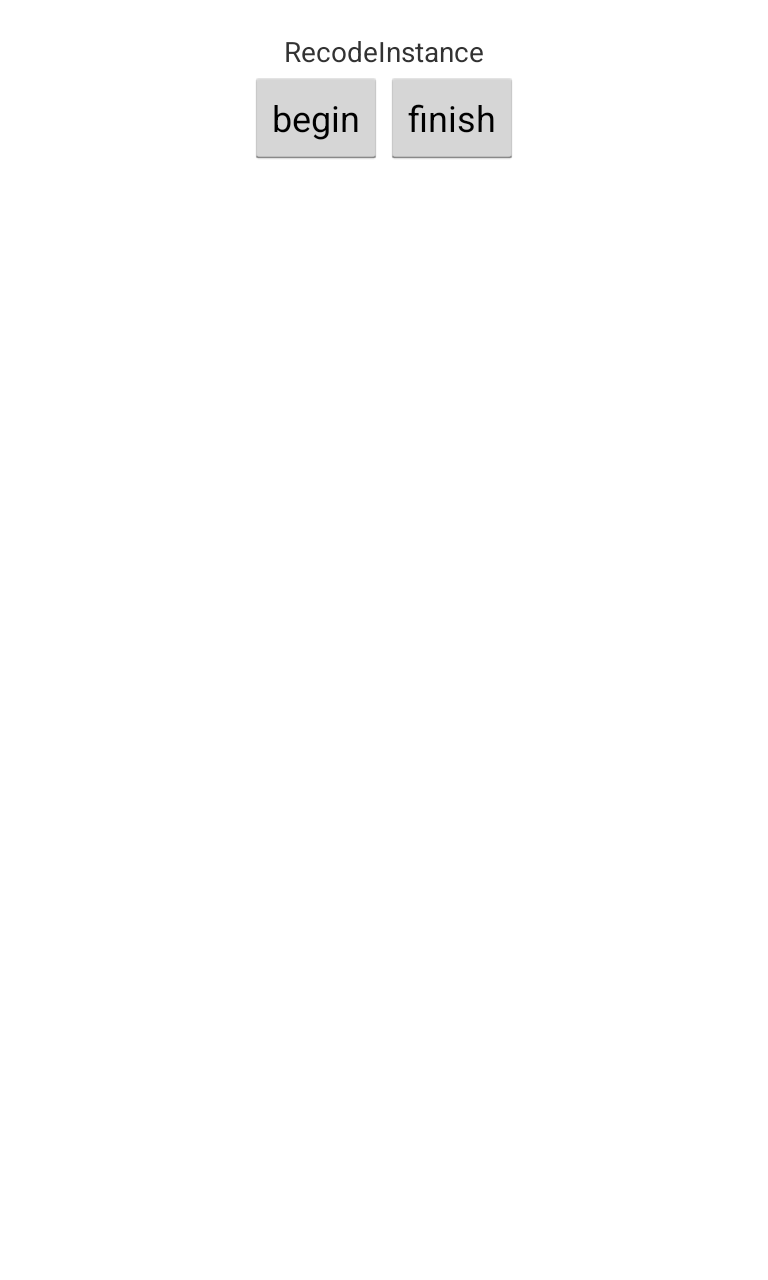
Repository: ShigerD/AndroidSample
Layout: Sample/Sample13/Sample13_5/Recode/res/layout/activity_main.xml
An editor plug-in stored every save of this project. The layout is shown before and after the next save, followed by the edit.
It is drawn on a 768 x 1280 px phone screen (xhdpi) without system bars, with theme AppTheme; the app's code is not run.

Above is the layout before, as saved 2016-08-18 07:55:09.

### Sample/Sample13/Sample13_5/Recode/res/layout/activity_main.xml
<RelativeLayout xmlns:android="http://schemas.android.com/apk/res/android"
    xmlns:tools="http://schemas.android.com/tools"
    android:layout_width="match_parent"
    android:layout_height="match_parent"
    android:paddingBottom="@dimen/activity_vertical_margin"
    android:paddingLeft="@dimen/activity_horizontal_margin"
    android:paddingRight="@dimen/activity_horizontal_margin"
    android:paddingTop="@dimen/activity_vertical_margin"
    tools:context="com.example.recode.MainActivity" >

    <LinearLayout
        android:layout_width="match_parent"
        android:layout_height="match_parent"
        android:layout_alignParentBottom="true"
        android:layout_centerHorizontal="true"
        android:orientation="vertical" >

        <TextView
            android:layout_width="wrap_content"
            android:layout_height="wrap_content"
            android:layout_gravity="center_horizontal"
            android:text="@string/title" />

        <LinearLayout
            android:layout_width="match_parent"
            android:layout_height="match_parent"
            android:gravity="center_horizontal" >

            <Button
                android:id="@+id/start"
                android:layout_width="wrap_content"
                android:layout_height="wrap_content"
                android:text="@string/start" />

            <Button
                android:id="@+id/stop"
                android:layout_width="wrap_content"
                android:layout_height="wrap_content"
                android:text="@string/stop" />

        </LinearLayout>

    </LinearLayout>

</RelativeLayout>

### Sample/Sample13/Sample13_5/Recode/res/values/strings.xml
<?xml version="1.0" encoding="utf-8"?>
<resources>

    <string name="app_name">Recode</string>
    <string name="hello_world">Hello world!</string>
    <string name="action_settings">Settings</string>
    <string name="title">RecodeInstance</string>
    <string name="start">begin</string>
    <string name="stop">finish</string>
    <string name="state">null</string>

</resources>

Loaded but not shown: Sample/Sample13/Sample13_5/Recode/res/values/styles.xml (common file); Sample/Sample13/Sample13_5/Recode/res/values-v11/styles.xml (common file); Sample/Sample13/Sample13_5/Recode/res/values-v14/styles.xml (common file); Sample/Sample13/Sample13_5/Recode/res/values/dimens.xml (common file); Sample/Sample13/Sample13_5/Recode/res/values-w820dp/dimens.xml (common file)

After the next save:
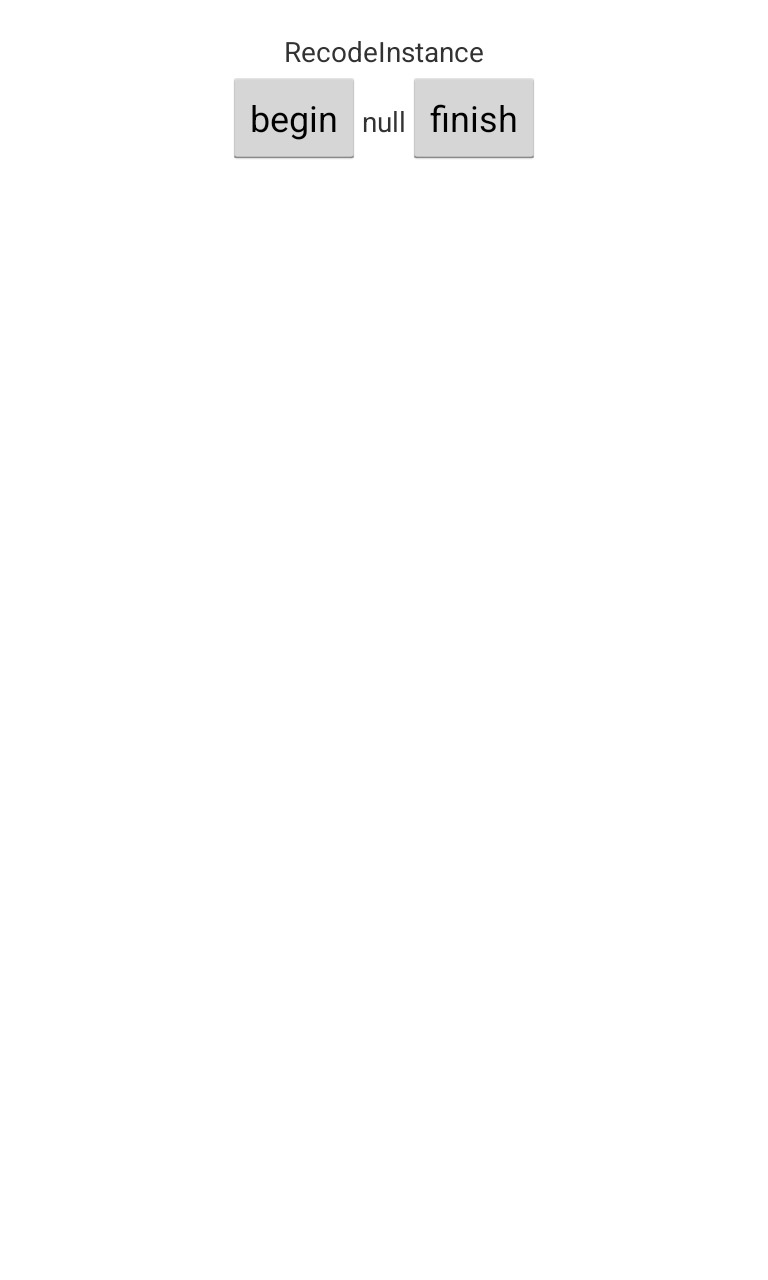
Saved 72 s later.
--- a/Sample/Sample13/Sample13_5/Recode/res/layout/activity_main.xml
+++ b/Sample/Sample13/Sample13_5/Recode/res/layout/activity_main.xml
@@ -32,6 +32,12 @@
                 android:layout_height="wrap_content"
                 android:text="@string/start" />
 
+            <TextView
+                android:id="@+id/textView1"
+                android:layout_width="wrap_content"
+                android:layout_height="wrap_content"
+                android:text="@string/state" />
+
             <Button
                 android:id="@+id/stop"
                 android:layout_width="wrap_content"
